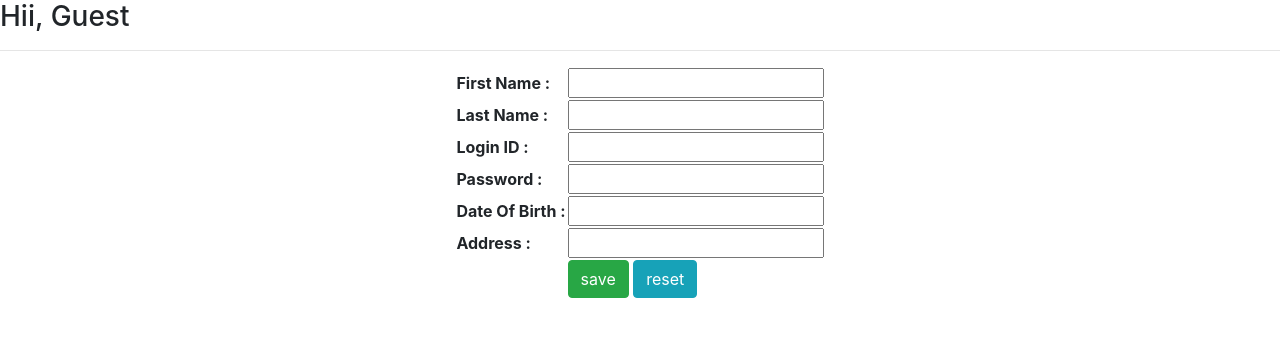
Repository: NikhilKhandait/Spring_MVC
Page: http://localhost/spring-mvc/WEB-INF/pages/UserView.jsp
An editor plug-in stored every save of this project. The page is shown before and after the next save, followed by the edit.
The browser window is 1280 px wide. The pictures show the whole page.
Some web libraries are served in a nearby version. The page is served by Tomcat 9. Nobody is signed in. Other server files are loaded and not shown. The template is opened directly, without the code that normally fills it, so the values that code supplies are empty.

Above is the page before, as saved 2024-05-24 06:40:01.

### New folder/Spring-mvc/spring-mvc/src/main/webapp/WEB-INF/pages/UserView.jsp
<%@ page language="java" contentType="text/html; charset=ISO-8859-1"
	pageEncoding="ISO-8859-1"%>
<%@ page isELIgnored="false"%>
<%@taglib uri="http://java.sun.com/jsp/jstl/core" prefix="c"%>
<%@taglib uri="http://www.springframework.org/tags/form" prefix="sf"%>
<%@taglib uri="http://www.springframework.org/tags" prefix="s"%>
<!DOCTYPE html>
<html>
<head>
<meta charset="ISO-8859-1">
<title>Insert title here</title>
</head>
<body>
	<%@ include file="Header.jsp"%>
	<sf:form method="post" modelAttribute="form">
		<div align="center">

			<c:if test="${form.id>0}">
				<h1 style="color: navy">Update User</h1>
			</c:if>
			<c:if test="${form.id==0}">
				<h1 style="color: navy">Add User</h1>
			</c:if>
			<table>
				<tr>
					<th align="left">First Name :</th>
					<td><sf:input path="firstName" /></td>
				</tr>
				<tr>
					<th align="left">Last Name :</th>
					<td><sf:input path="lastName" /></td>
				</tr>
				<tr>
					<th align="left">Login ID :</th>
					<td><sf:input path="login" /></td>
				</tr>
				<tr>
					<th align="left">Password :</th>
					<td><sf:input path="password" /></td>
				</tr>
				<tr>
					<th align="left">Date Of Birth :</th>
					<td><sf:input path="dob" /></td>
				</tr>
				<tr>
					<th align="left">Address :</th>
					<td><sf:input path="address" /></td>
				</tr>
				<tr>
					<th></th>
					<td><input type="submit" name="operation" class="btn btn-success" value="save">
					<input type="submit" name="operation" class="btn btn-info" value="reset">
					</td>
				</tr>

			</table>
		</div>
	</sf:form>
	<%-- <%@ include file="Footer.jsp"%> --%>
</body>
</html>

### New folder/Spring-mvc/spring-mvc/src/main/webapp/WEB-INF/pages/Header.jsp
<%@ page language="java" contentType="text/html; charset=ISO-8859-1"
	pageEncoding="ISO-8859-1"%>
<%@ page isELIgnored="false"%>
<%@taglib uri="http://java.sun.com/jsp/jstl/core" prefix="c"%>
<%@taglib uri="http://www.springframework.org/tags/form" prefix="sf"%>
<%@taglib uri="http://www.springframework.org/tags" prefix="s"%>
<!DOCTYPE html>
<html>
<head>
<meta charset="ISO-8859-1">
<title>Insert title here</title>
<link rel="stylesheet"
	href="https://use.fontawesome.com/releases/v5.6.3/css/all.css"
	integrity="sha384-UHRtZLI+pbxtHCWp1t77Bi1L4ZtiqrqD80Kn4Z8NTSRyMA2Fd33n5dQ8lWUE00s/"
	crossorigin="anonymous">


<link rel="stylesheet"
	href="https://maxcdn.bootstrapcdn.com/bootstrap/4.4.1/css/bootstrap.min.css">
<script
	src="https://ajax.googleapis.com/ajax/libs/jquery/3.4.1/jquery.min.js"></script>
<script
	src="https://maxcdn.bootstrapcdn.com/bootstrap/4.4.1/js/bootstrap.min.js"></script>
<style type="text/css">
.reg {
	background-image: linear-gradient(to right, #d7d2cc 0%, #304352 100%);
}
</style>

</head>
<body>
<div style="color: black">
	<c:if test="${not empty sessionScope.user}">
		<h3 align="center">
			Hii,

			<c:out value="${sessionScope.user.firstName}"></c:out>
			&ensp;

			   <a href="<c:url value="/User"/>" class="btn btn-info" >Add User</a> | <a
				href="<c:url value="/User/search"/>" class="btn btn-warning">User List</a> | <a
				href="<c:url value="/Login?operation=logout"/>"class="btn btn-danger">Logout</a>
		</h3>
	</c:if>

	</div>
	<c:if test="${empty sessionScope.user}">
		<h3>Hii, Guest</h3>
	</c:if>
	<hr>
</body>
</html>

After the next save:
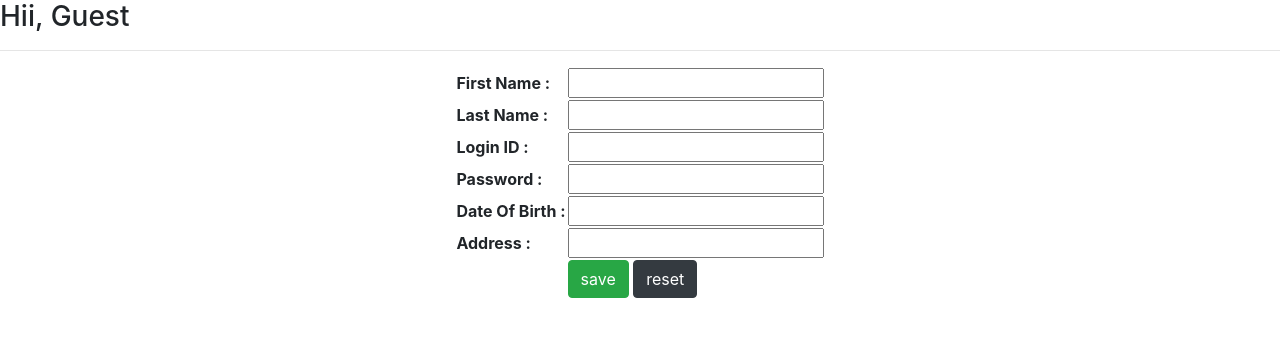
Saved 15 s later.
--- a/New folder/Spring-mvc/spring-mvc/src/main/webapp/WEB-INF/pages/UserView.jsp
+++ b/New folder/Spring-mvc/spring-mvc/src/main/webapp/WEB-INF/pages/UserView.jsp
@@ -49,7 +49,7 @@
 				<tr>
 					<th></th>
 					<td><input type="submit" name="operation" class="btn btn-success" value="save">
-					<input type="submit" name="operation" class="btn btn-info" value="reset">
+					<input type="submit" name="operation" class="btn btn-dark" value="reset">
 					</td>
 				</tr>
 
